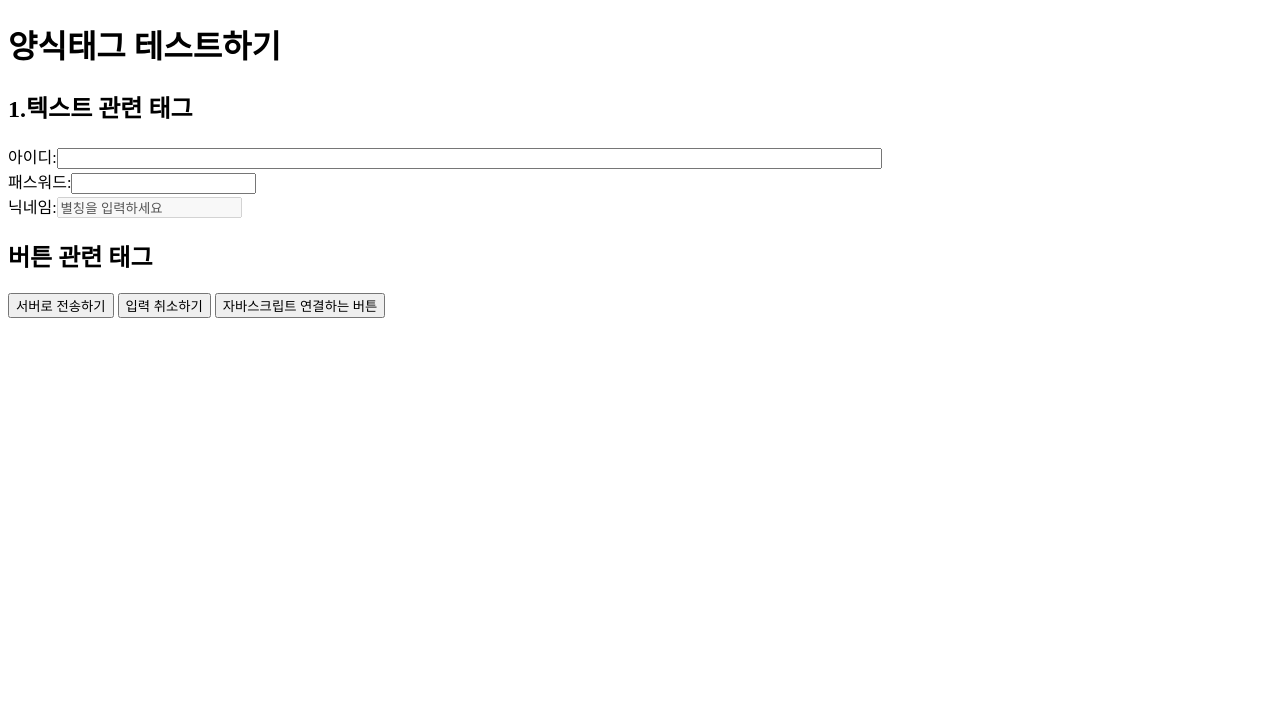
Repository: wishinghyun/multicampus
Page: webwork/clientweb/WebContent/html/formtest.html
The author's editor kept a copy of each file at every save. The page is drawn from the files as they stood at one save, then again after the next save.
The browser window is 1280 px wide. The pictures show the whole page.

Above is the page before, as saved 2020-01-02 06:48:12.

### webwork/clientweb/WebContent/html/formtest.html
<!DOCTYPE html>
<html>
<head>
<meta charset="EUC-KR">
<title>Insert title here</title>
</head>
<body>
	<h1>양식태그 테스트하기</h1>
	<form action="/clientweb/member/login.jsp" method="get">
		<h2>1.텍스트 관련 태그</h2>
		아이디:<input type="text" name="id" size="100"
					maxlength="20"/><br/>
		패스워드:<input type="password" name="pass"><br/>
		닉네임:<input type="text" name="nickname"
					value="별칭을 입력하세요" disabled="disabled"><br/>

		<h2>버튼 관련 태그</h2>
		<input type="submit" value="서버로 전송하기">
		<input type="reset" value="입력 취소하기">
		<input type="button" value="자바스크립트 연결하는 버튼"
				onclick="alert('환영합니다.')"/>
	</form>
</body>
</html>

After the next save:
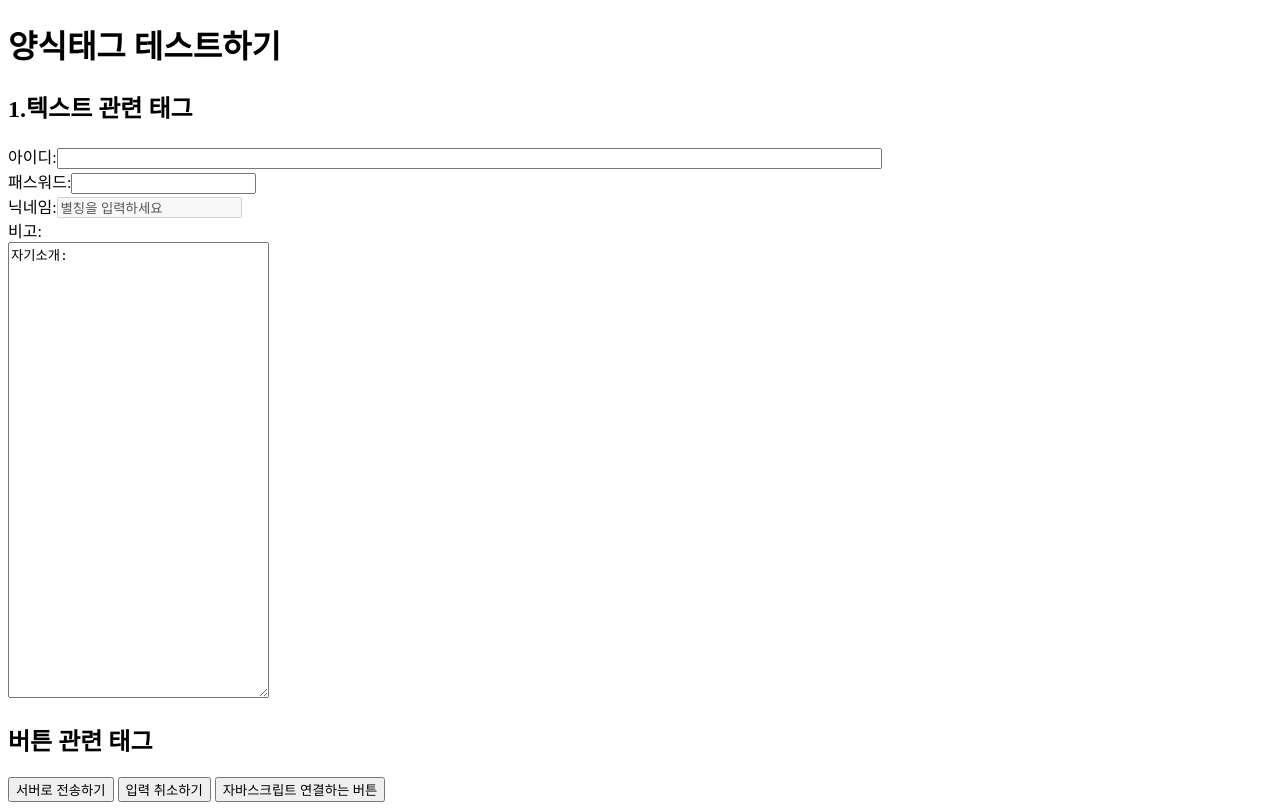
Saved 106 s later.
--- a/webwork/clientweb/WebContent/html/formtest.html
+++ b/webwork/clientweb/WebContent/html/formtest.html
@@ -13,6 +13,8 @@
 		패스워드:<input type="password" name="pass"><br/>
 		닉네임:<input type="text" name="nickname"
 					value="별칭을 입력하세요" disabled="disabled"><br/>
+		비고:<br/>
+		<textarea rows="30" cols="30" name="info">자기소개:</textarea>
 
 		<h2>버튼 관련 태그</h2>
 		<input type="submit" value="서버로 전송하기">
